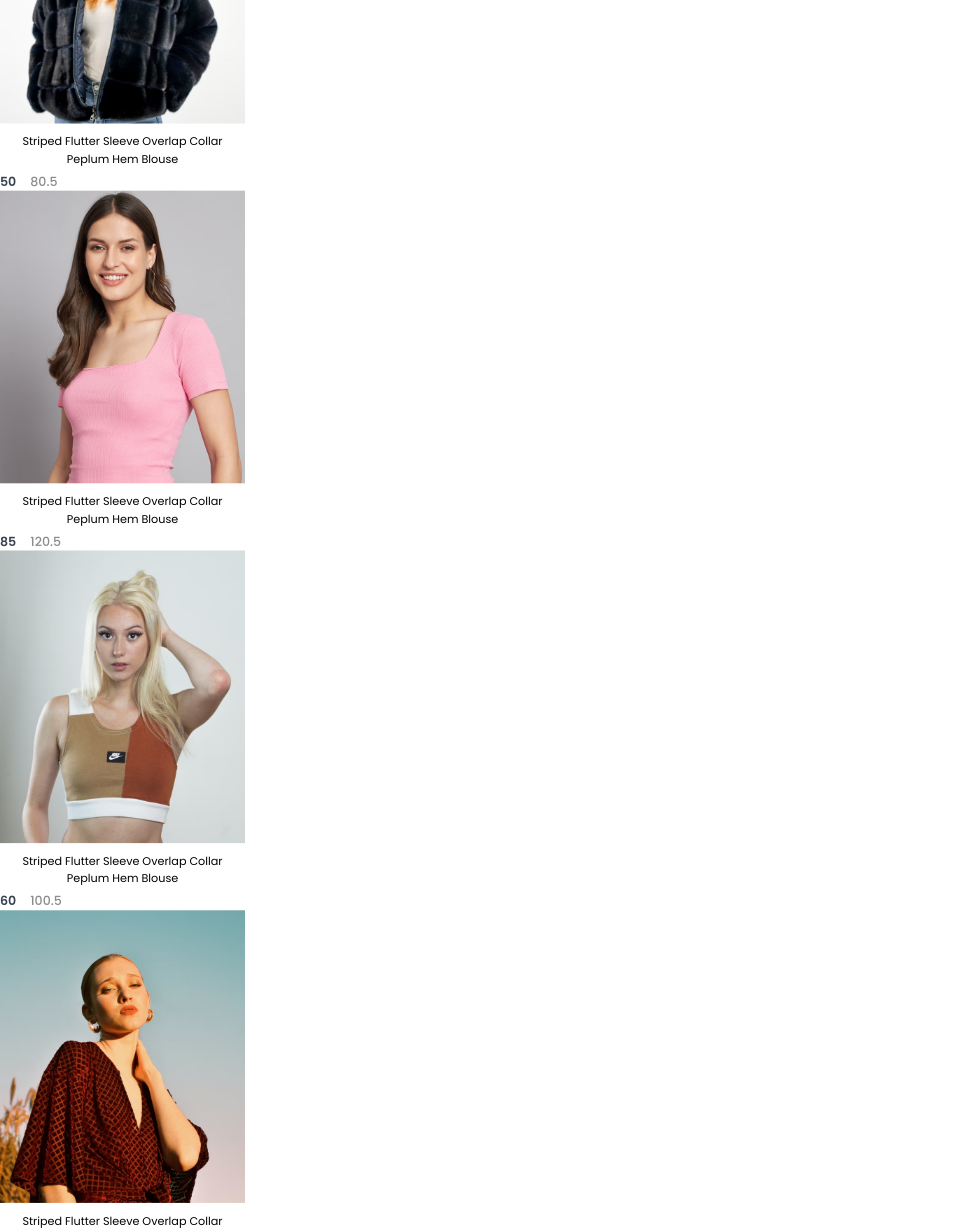
Repository: saritha55/EcommerceReactJs
Page: /
An editor plug-in stored every save of this project. The page is shown before and after the next save, followed by the edit.
The browser window is 1280 px wide. The page is 1371 px wide, so the pictures cover 1371 px, including what lies to the right of the window. The pictures show the part of the page from y = 1109 to 2869 px (the page is 2923 px tall), at 70% of full size.
The project was rebuilt for these pictures with package versions that can differ from the ones it lists, and the page was loaded fresh each time. Also part of the build but not shown: src/Components/Popular/Popular.css, src/Pages/ShopCategory.jsx, src/Pages/Product.jsx, src/Pages/Cart.jsx, src/Pages/LoginSignup.jsx.

Above is the page before, as saved 2024-12-02 15:32:39.

### public/index.html
<!DOCTYPE html>
<html lang="en">
  <head>
    <meta charset="utf-8" />
    <link rel="icon" href="%PUBLIC_URL%/favicon.ico" />
    <meta name="viewport" content="width=device-width, initial-scale=1" />
    <meta name="theme-color" content="#000000" />
    <meta
      name="description"
      content="Web site created using create-react-app"
    />
    <link rel="apple-touch-icon" href="%PUBLIC_URL%/logo192.png" />
    <!--
      manifest.json provides metadata used when your web app is installed on a
      user's mobile device or desktop. See https://developers.google.com/web/fundamentals/web-app-manifest/
    -->
    <link rel="manifest" href="%PUBLIC_URL%/manifest.json" />

    <link rel="preconnect" href="https://fonts.googleapis.com">
    <link rel="preconnect" href="https://fonts.gstatic.com" crossorigin>
    <link href="https://fonts.googleapis.com/css2?family=Poppins:ital,wght@0,100;0,200;0,300;0,400;0,500;0,600;0,700;0,800;0,900;1,100;1,200;1,300;1,400;1,500;1,600;1,700;1,800;1,900&display=swap" rel="stylesheet">
    <!--
      Notice the use of %PUBLIC_URL% in the tags above.
      It will be replaced with the URL of the `public` folder during the build.
      Only files inside the `public` folder can be referenced from the HTML.

      Unlike "/favicon.ico" or "favicon.ico", "%PUBLIC_URL%/favicon.ico" will
      work correctly both with client-side routing and a non-root public URL.
      Learn how to configure a non-root public URL by running `npm run build`.
    -->
    <title>E-commerce</title>
  </head>
  <body>
    <noscript>You need to enable JavaScript to run this app.</noscript>
    <div id="root"></div>
    <!--
      This HTML file is a template.
      If you open it directly in the browser, you will see an empty page.

      You can add webfonts, meta tags, or analytics to this file.
      The build step will place the bundled scripts into the <body> tag.

      To begin the development, run `npm start` or `yarn start`.
      To create a production bundle, use `npm run build` or `yarn build`.
    -->
  </body>
</html>

### src/App.js
import './App.css';
import Navbar from './Components/Navbar/Navbar';
import { BrowserRouter, Routes,Route } from 'react-router-dom';
import Shop from './Pages/Shop';
import ShopCategory
 from './Pages/ShopCategory';
import Product from './Pages/Product';
import Cart from './Pages/Cart';
import LoginSignup from './Pages/LoginSignup';

function App() {
  return (
    <div className="App">
      <BrowserRouter>
      <Navbar />
      <Routes>
        <Route path ='/' element={<Shop/>} />
        <Route path ='/mens' element={<ShopCategory category="men"/>} />
        <Route path ='/womens' element={<ShopCategory category="women"/>} />
        <Route path ='/kids' element={<ShopCategory category="kid"/>} />
        <Route path="product" element={<Product/>}>
            <Route path=':productId' element={<Product/>} />
        </Route>
        <Route path ='/cart' element={<Cart/>} />
        <Route path ='/login' element={<LoginSignup/>} />

      </Routes>
      </BrowserRouter>
    </div>
  );
}

export default App;

### src/Components/Navbar/Navbar.jsx
import React from 'react'
import { useState } from 'react'
import './Navbar.css'
import logo from '../Assets/logo.png'
import cart_icon from '../Assets/cart_icon.png'
import { Link } from 'react-router-dom'

const Navbar = () => {

    const [menu,setMenu] = useState("shop");

  return (
    <div className='navbar'>
      <div className="nav-logo">
        <img src={logo} alt="" />
        <p>SHOPPER</p>
      </div>
      <ul className="nav-menu">
        <li onClick={()=>{setMenu("shop")}} > <Link  style={{ textDecoration: 'none'}} to='/'>Shop</Link> {menu==="shop"?<hr/>:<></>} </li>
        <li onClick={()=>{setMenu("mens")}}><Link style={{ textDecoration: 'none'}} to='/mens'>Men </Link>{menu==="mens"?<hr/>:<></>}</li>
        <li onClick={()=>{setMenu("womens")}}><Link style={{ textDecoration: 'none'}} to='/womens'>Women </Link> {menu==="womens"?<hr/>:<></>}</li>
        <li onClick={()=>{setMenu("kids")}}> <Link style={{ textDecoration: 'none'}} to='/kids'>Kids</Link> {menu==="kids"?<hr/>:<></>}</li>
      </ul>
      <div className="nav-login-cart">
        <Link to='/login'><button>Login</button></Link>
        <Link to='/cart'><img src={cart_icon} alt="" /></Link>
        <div className="nav-cart-count">0</div>
      </div>
    </div>
  )
}

export default Navbar

### src/Pages/Shop.jsx
import React from 'react'
import Hero from '../Components/Hero/Hero'
import Popular from '../Components/Popular/Popular'

const Shop = () => {
  return (
    <div>
      <Hero/>
      <Popular/>
    </div>
  )
}

export default Shop

### src/Components/Navbar/Navbar.css
.navbar{
    display: flex;
    justify-content: space-around;
    padding: 16px;
    box-shadow: 0 1px 3px -2px black;
}

.nav-logo{
    display: flex;
    align-items: center;
    gap: 10px;
}
.nav-logo p{
    color: #171717;
    font-size: 38px;
    font-weight: 600;
}
.nav-menu{
    display: flex;
    align-items: center;
    list-style: none;
    gap: 50px;
    color: #626262;
    font-size: 20px;
    font-weight: 500;
}
.nav-menu li{
    display: flex;
    flex-direction: column;
    align-items: center;
    gap: 3px;
    cursor: pointer;
}
.nav-menu hr{
    border: none;
    width: 80%;
    height: 3px;
    border-radius: 10px;
    background: #ff4141;
}
.nav-login-cart{
    display: flex;
    align-items: center;
    gap: 45px;
}
.nav-login-cart button{
    width: 157px;
    height: 58px;
    outline: none;
    border: 1px solid #7a7a7a;
    border-radius: 75px;
    color: #515151;
    font-size: 20px;
    font-weight: 500;
    background: white;
    cursor: pointer;

}
.nav-login-cart button:active{
    background: #f3f3f3;
}
.nav-cart-count{
    width: 22px;
    height: 22px;
    display: flex;
    justify-content: center;
    align-items: center;
    margin-top: -35px;
    margin-left: -55px;
    border-radius: 11px;
    font-size: 14px;
    background: red;
    color: white;
}

### src/Components/Hero/Hero.jsx
import React from 'react'
import './Hero.css'
import hand_icon from '../Assets/hand_icon.png'
import arrow_icon from '../Assets/arrow.png'
import hero_image from '../Assets/hero_image.png'

const Hero = () => {
  return (
    <div className='hero'>
      <div className="hero-left">
        <h2>New ARRIVALS ONLY</h2>
        <div>
            <div className="hero-hand-icon">
                <p>new</p>
                <img src={hand_icon} alt="" />
            </div>
            <p>Collections</p>
            <p>for everyone</p>
        </div>
        <div className="hero-latest-btn">
            <div>Latest Collection</div>
            <img src={arrow_icon} alt="" />
        </div>
      </div>
      <div className="hero-right">
        <img src={hero_image} alt="" />

      </div>
    </div>
  )
}

export default Hero

### src/Components/Popular/Popular.jsx
import React from 'react'
import './Popular.css'
import data_product from '../Assets/data'
import Item from '../Item/Item'


const Popular = () => {
  return (
    <div className='popular'>
      <h1>POPULAR IN WOMEN</h1>
      <hr />
      <div className="popular-items">
        {data_product.map((item,i)=>{
            return <Item key={i} id={item.id} name={item.name} image={item.image} new_price={item.new_price} old_price={item.old_price} />
        })}
      </div>
    </div>
  )
}

export default Popular

### src/Components/Hero/Hero.css
.hero{
    height: 100vh;
    background: linear-gradient(180deg, #fde1ff, #e1ffea22 60%);
    display: flex;

}
.hero-left{
    flex: 1;
    display: flex;
    flex-direction: column;
    justify-content: center;
    gap: 20px;
    padding-left: 180px;
    line-height: 1.1;

}
.hero-left h2{
    color: #090909;
    font-size: 26px;
    font-weight: 600;
}
.hero-left p{
    color: #171717;
    font-size: 100px;
    font-weight: 700;
}
.hero-hand-icon{
   display: flex;
   align-items: center;
   gap: 20px;
}
.hero-hand-icon img{
    width: 105px;
}
.hero-latest-btn{
    display: flex;
    justify-content: center;
    align-items: center;
    gap: 15px;
    width: 310px;
    height: 70px;
    border-radius: 75px;
    margin-top: 30px;
    background: #ff4141;
    color: white;
    font-size: 22px;
    font-weight: 500;

}
.hero-right{
    flex: 1;
    display: flex;
    align-items: center;
    justify-content: center;
}

### src/Components/Assets/data.js
import p1_img from './product_1.png'
import p2_img from './product_2.png'
import p3_img from './product_3.png'
import p4_img from './product_4.png'

let data_product = [
  {
    id:1,
    name:"Striped Flutter Sleeve Overlap Collar Peplum Hem Blouse",
    image:p1_img,
    new_price:50.00,
    old_price:80.50,
  },
  {id:2,
    name:"Striped Flutter Sleeve Overlap Collar Peplum Hem Blouse",
    image:p2_img,
    new_price:85.00,
    old_price:120.50,
  },
  {id:3,
    name:"Striped Flutter Sleeve Overlap Collar Peplum Hem Blouse",
    image:p3_img,
    new_price:60.00,
    old_price:100.50,
  },
  {id:4,
    name:"Striped Flutter Sleeve Overlap Collar Peplum Hem Blouse",
    image:p4_img,
    new_price:100.00,
    old_price:150.00,
  },
];

export default data_product;

### src/Components/Item/Item.jsx
import React from 'react'
import './Item.css'

const Item = (props) => {
  return (
    <div className='item'>
        <img src={props.image} alt="" />
        <p>{props.name}</p>
        <div className="item-prices">
            <div className="item-price-new">
                {props.new_price}
            </div>
            <div className="item-price-old">
                {props.old_price}
            </div>

        </div>

    </div>
  )
}

export default Item

### src/Components/Item/Item.css
.item{
    width: 350px;
}

.item p{
    margin: 6px 0px;

}

.item-prices{
    display: flex;
    gap: 20px;
}
.item-price-new{
    color: #374151;
    font-size: 18px;
    font-weight: 600;
}
.item-price-old{
    color: #8c8c8c;
    font-size: 18px;
    font-weight: 500;
}

Loaded but not shown: src/index.js (common file); src/index.css (common file); src/reportWebVitals.js (common file); src/App.css (common file)

After the next save:
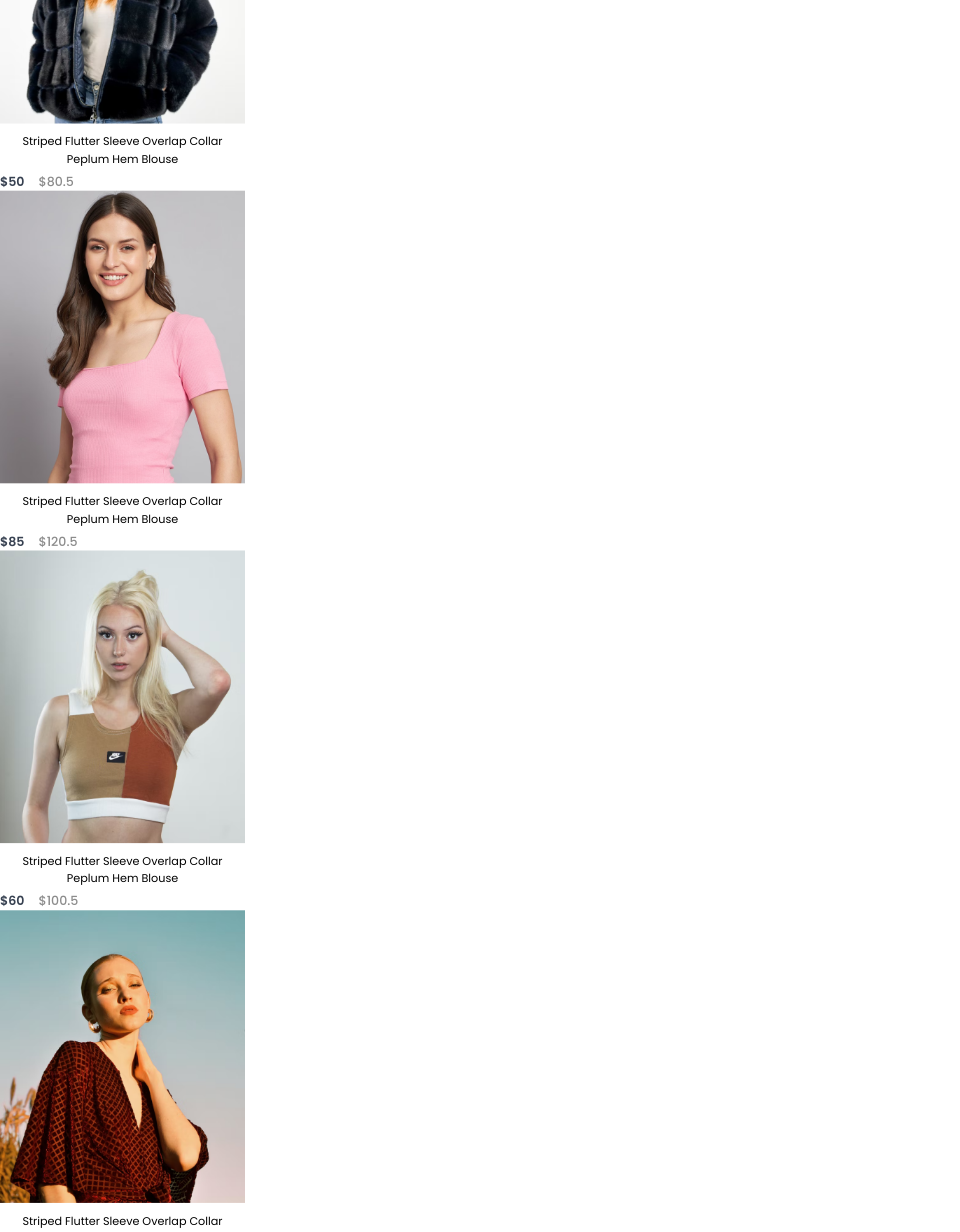
Saved 31 s later.
--- a/src/Components/Item/Item.jsx
+++ b/src/Components/Item/Item.jsx
@@ -8,10 +8,10 @@
         <p>{props.name}</p>
         <div className="item-prices">
             <div className="item-price-new">
-                {props.new_price}
+                ${props.new_price}
             </div>
             <div className="item-price-old">
-                {props.old_price}
+                ${props.old_price}
             </div>
 
         </div>
